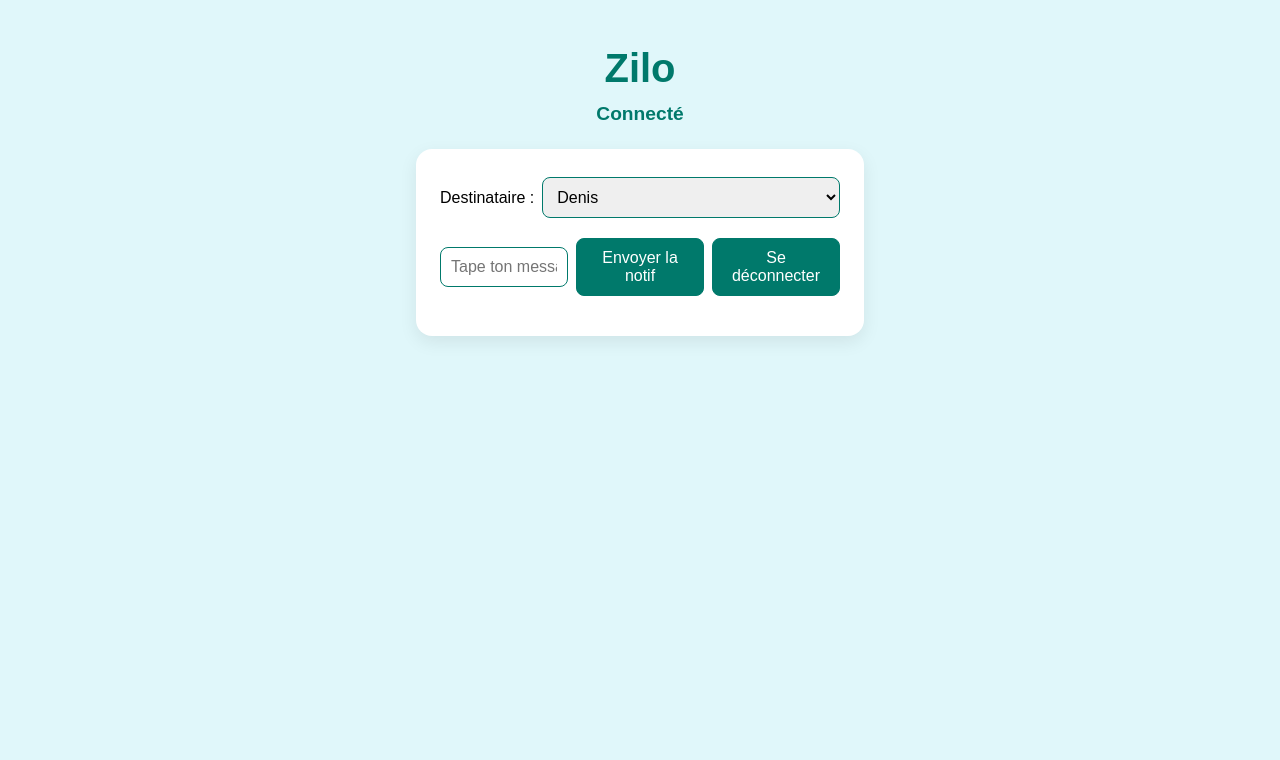
Repository: nlagardere/LumoNet
Page: public/index.html
These files come from the project's save history. The page is drawn as it stood at one moment and after the next save; the edit follows.
The browser window is 1280 px wide. The pictures show the whole page.

Above is the page before, as saved 2025-08-18 20:23:02.

### public/index.html
<!DOCTYPE html>
<html lang="fr">
<head>
  <meta charset="UTF-8" />
  <meta name="viewport" content="width=device-width, initial-scale=1.0" />
  <title>Zilo</title>
  <style>
    body {
      font-family: Arial, sans-serif;
      margin:0;
      padding:0;
      min-height:100vh;
      background:#e0f7fa;
      display:flex;
      flex-direction:column;
      align-items:center;
      padding-top:40px; /* espace en haut pour le header */
    }

    h1, h2 {
      color:#00796b;
      margin:6px 0;
      text-align:center;
    }

    h1 {
      font-size:2.5em;
    }

    h2 {
      font-size:1.2em;
      margin-bottom:24px;
    }

    .card {
      background:#fff;
      padding:24px;
      border-radius:16px;
      box-shadow:0 6px 18px rgba(0,0,0,0.08);
      width:90%;
      max-width:400px;
      display:flex;
      flex-direction:column;
      align-items:center;
    }

    .row {
      display:flex;
      gap:8px;
      flex-wrap:wrap;
      align-items:center;
      justify-content:center;
      width:100%;
      margin-bottom:12px;
    }

    select, input, button {
      margin:4px 0;
      padding:10px;
      font-size:16px;
      border-radius:8px;
      border:1px solid #00796b;
      flex:1;
      min-width:100px;
    }

    button {
      background:#00796b;
      color:#fff;
      cursor:pointer;
      transition: background 0.3s;
    }

    button:hover {
      background:#004d40;
    }

    @media (max-width: 500px) {
      h1 { font-size:2em; }
      h2 { font-size:1em; }
      input, select, button { font-size:14px; padding:8px; }
    }
  </style>
</head>
<body>
  <h1>Zilo</h1>
  <h2 id="welcome">Connecté</h2>

  <div class="card">
    <div class="row">
      <label for="recipient">Destinataire :</label>
      <select id="recipient">
        <option value="denis">Denis</option>
        <option value="nathan">Nathan</option>
      </select>
    </div>

    <div class="row">
      <input id="message" type="text" placeholder="Tape ton message ici !" />
      <button id="send">Envoyer la notif</button>
      <button id="logout">Se déconnecter</button>
    </div>
  </div>

  <script>
    const messageInput = document.getElementById('message');

    async function send(){
      const recipient = document.getElementById('recipient').value;
      const message = messageInput.value.trim();
      if(!message){ alert('Écris un message !'); return; }

      const res = await fetch('/api/send', {
        method:'POST', headers:{'Content-Type':'application/json'},
        body: JSON.stringify({ recipient, message })
      });
      const data = await res.json();
      if(data.ok){
        messageInput.value = '';
        alert('Notification envoyée !');
      } else {
        if(res.status === 401){
          window.location.href = '/login.html';
        } else {
          alert('Erreur : ' + (data.error||'inconnue'));
        }
      }
    }

    async function logout(){
      await fetch('/api/logout');
      window.location.href = '/login.html';
    }

    document.getElementById('send').addEventListener('click', send);
    document.getElementById('logout').addEventListener('click', logout);
    messageInput.addEventListener('keydown', e => { if(e.key==='Enter') send(); });
  </script>
</body>
</html>

After the next save:
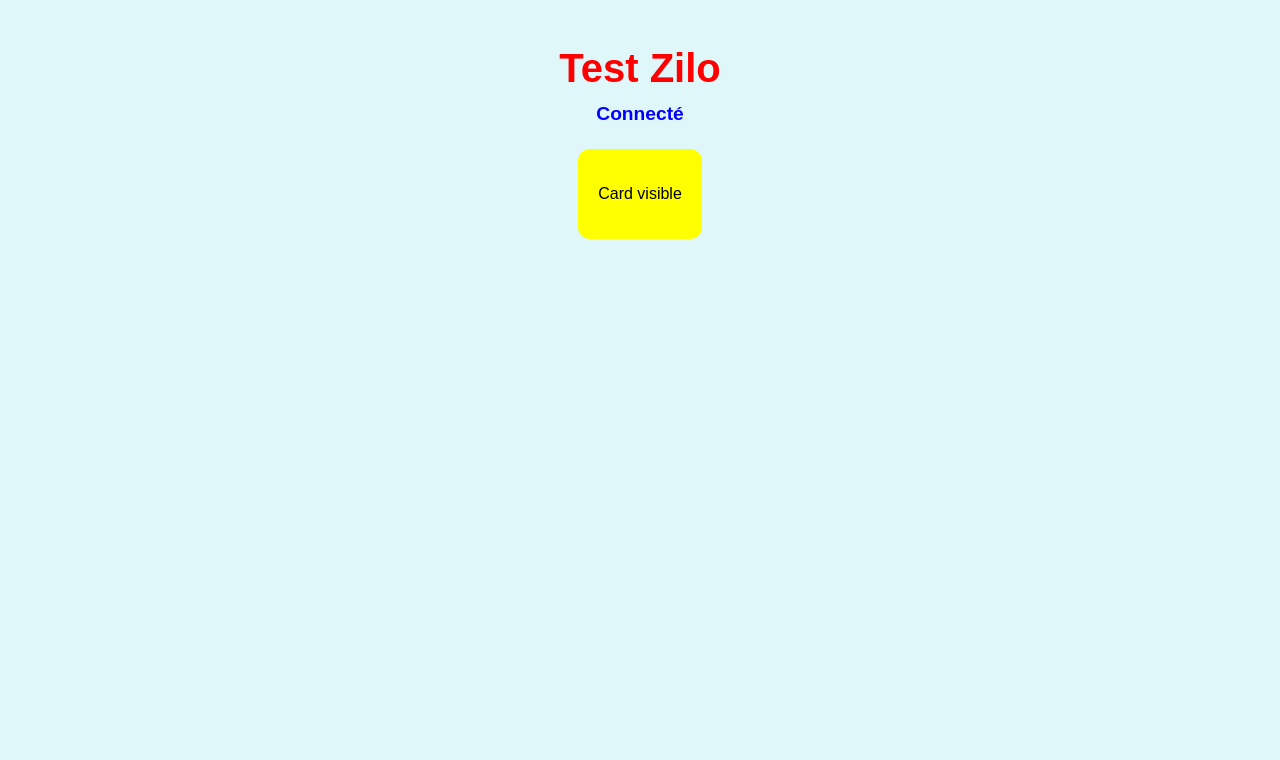
Console error: TypeError: Cannot read properties of null (reading 'addEventListener')
Saved 43 s later.
--- a/public/index.html
+++ b/public/index.html
@@ -83,24 +83,13 @@
   </style>
 </head>
 <body>
-  <h1>Zilo</h1>
-  <h2 id="welcome">Connecté</h2>
+  <h1 style="color:red;">Test Zilo</h1>
+  <h2 style="color:blue;">Connecté</h2>
 
-  <div class="card">
-    <div class="row">
-      <label for="recipient">Destinataire :</label>
-      <select id="recipient">
-        <option value="denis">Denis</option>
-        <option value="nathan">Nathan</option>
-      </select>
-    </div>
-
-    <div class="row">
-      <input id="message" type="text" placeholder="Tape ton message ici !" />
-      <button id="send">Envoyer la notif</button>
-      <button id="logout">Se déconnecter</button>
-    </div>
+  <div style="background:yellow; padding:20px; border-radius:12px;">
+    <p>Card visible</p>
   </div>
+</body>
 
   <script>
     const messageInput = document.getElementById('message');

After the save that followed:
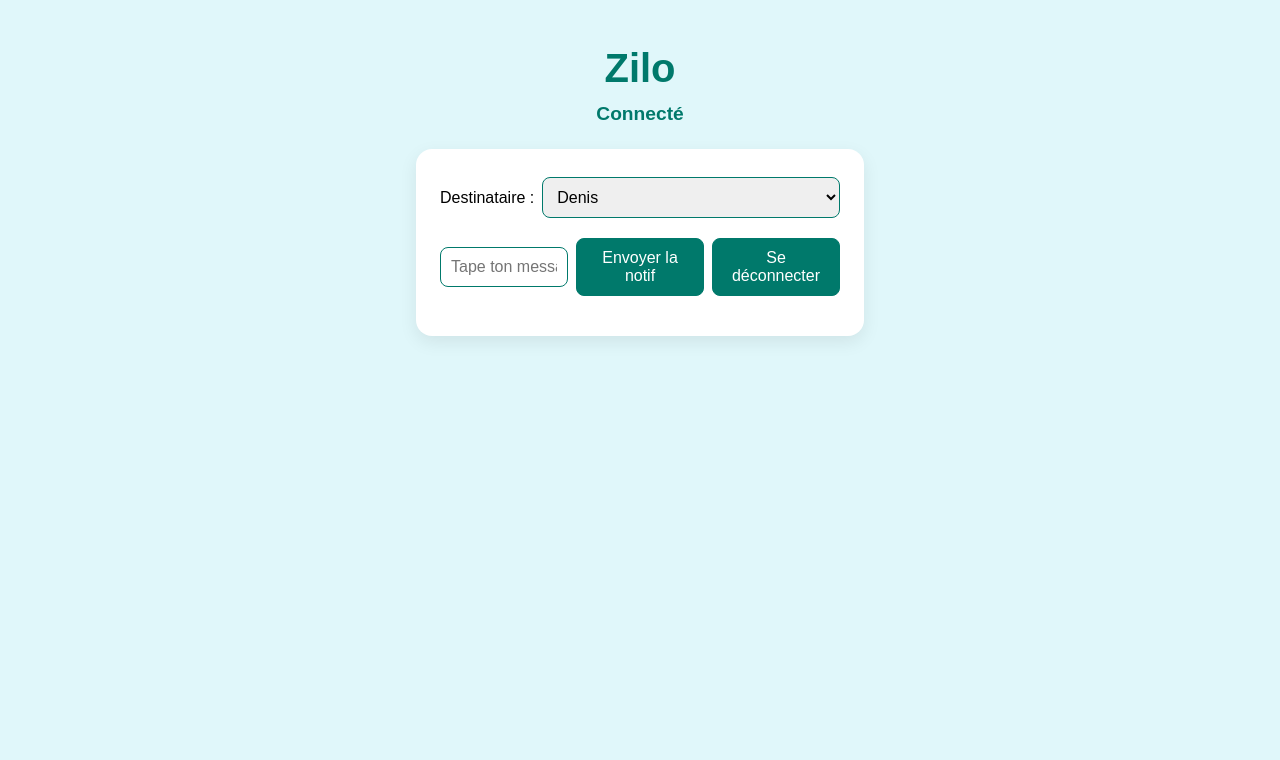
The error is gone.
Saved 9 s later.
--- a/public/index.html
+++ b/public/index.html
@@ -83,13 +83,24 @@
   </style>
 </head>
 <body>
-  <h1 style="color:red;">Test Zilo</h1>
-  <h2 style="color:blue;">Connecté</h2>
+  <h1>Zilo</h1>
+  <h2 id="welcome">Connecté</h2>
 
-  <div style="background:yellow; padding:20px; border-radius:12px;">
-    <p>Card visible</p>
+  <div class="card">
+    <div class="row">
+      <label for="recipient">Destinataire :</label>
+      <select id="recipient">
+        <option value="denis">Denis</option>
+        <option value="nathan">Nathan</option>
+      </select>
+    </div>
+
+    <div class="row">
+      <input id="message" type="text" placeholder="Tape ton message ici !" />
+      <button id="send">Envoyer la notif</button>
+      <button id="logout">Se déconnecter</button>
+    </div>
   </div>
-</body>
 
   <script>
     const messageInput = document.getElementById('message');
